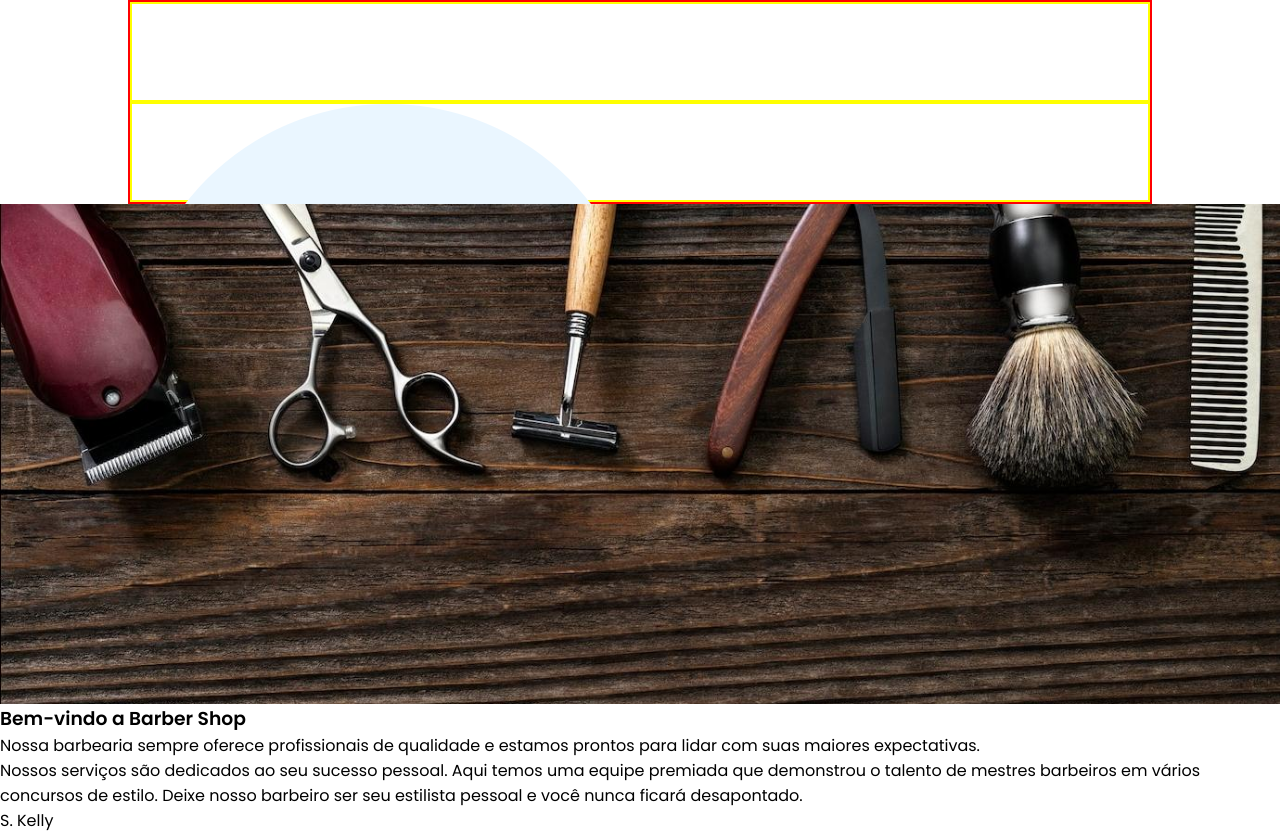
Repository: Daniells642/LandingPage-React
Page: /
These files come from the project's save history. The page is drawn as it stood at one moment and after the next save; the edit follows.
The browser window is 1280 px wide. The pictures show the whole page.
The project was rebuilt for these pictures with package versions that can differ from the ones it lists, and the page was loaded fresh each time.

Above is the page before, as saved 2022-11-04 21:06:00.

After the next save:
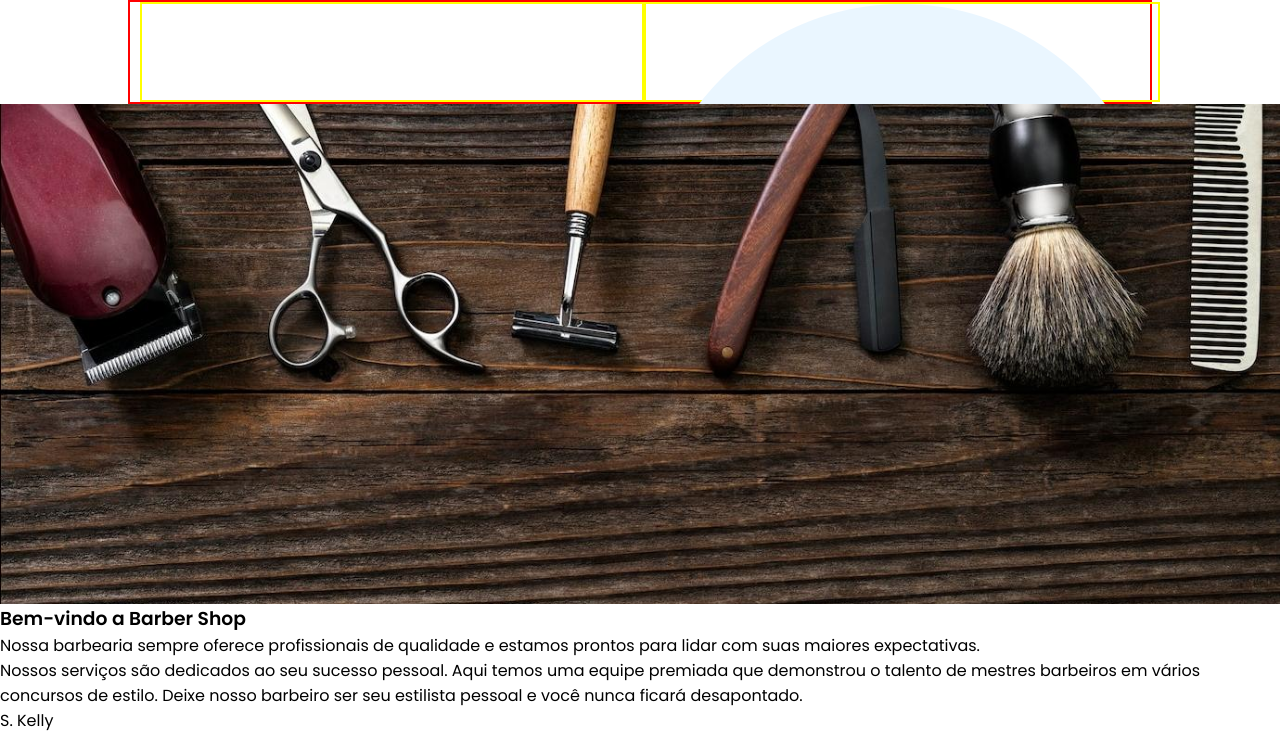
Saved 5 min 5 s later.
--- a/src/LandingPage/style.css
+++ b/src/LandingPage/style.css
@@ -1,6 +1,13 @@
 .modo-claro {
     background-color: #fff;
     color: #000;
+    display: flex;
+    align-items: center;
+    justify-content: space-between;
+    width: 100%;
+    min-height: 60px;
+    padding: 0 10px;
+    margin: 0 auto;
 }
 
 .logo {
